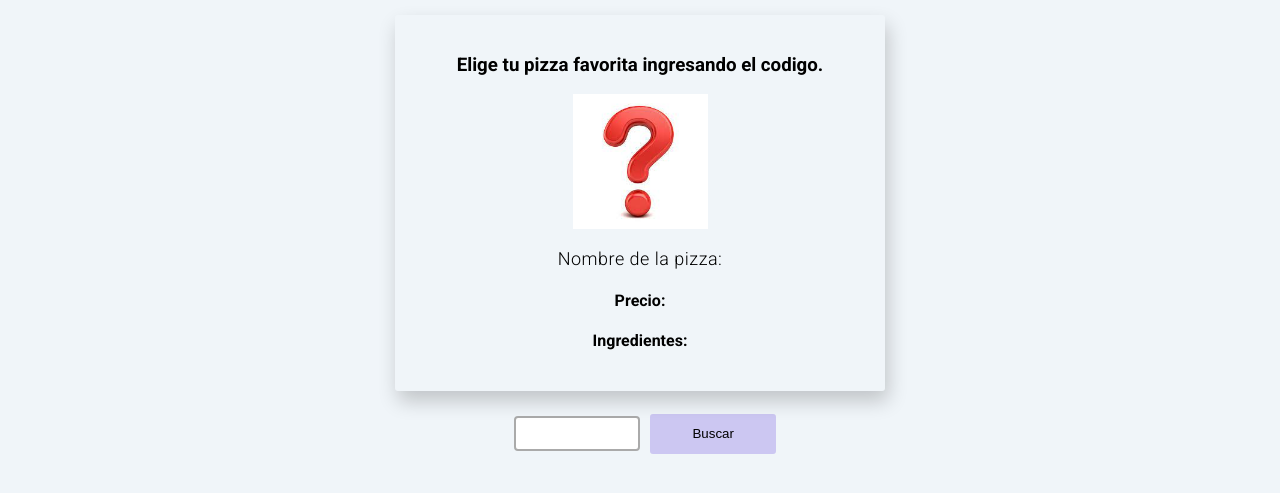
Repository: lucas-itup/E1-JAVASCRIPT
Page: index.html
The author's editor kept a copy of each file at every save. The page is drawn from the files as they stood at one save, then again after the next save.
The browser window is 1280 px wide. The pictures show the whole page.
Some web libraries are served in a nearby version.

Above is the page before, as saved 2022-09-27 23:23:42.

After the next save:
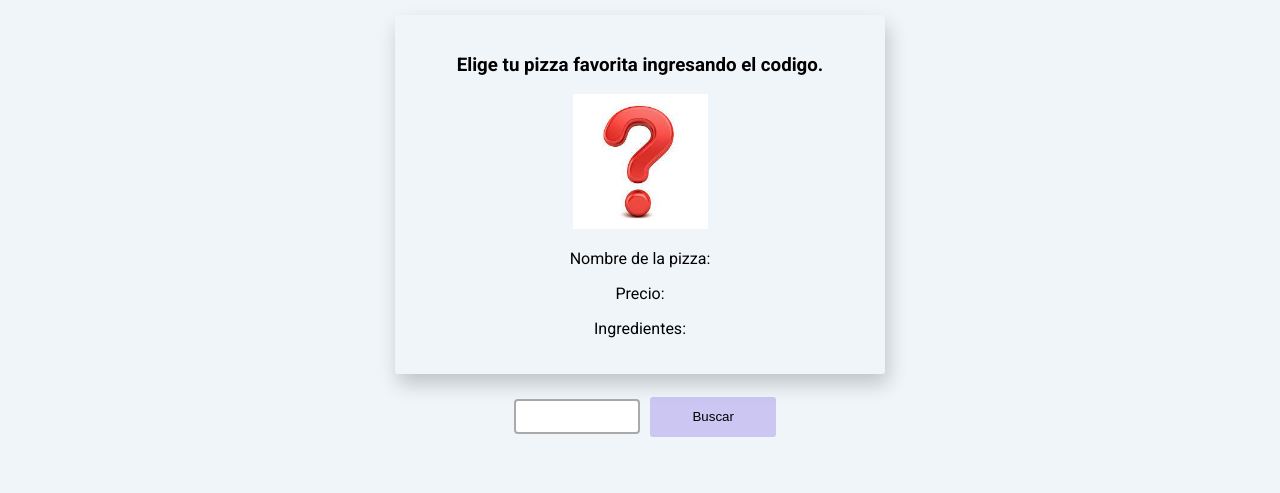
Saved 65 s later.
--- a/index.html
+++ b/index.html
@@ -18,9 +18,9 @@
                 <h3>Elige tu pizza favorita ingresando el codigo.</h3>
                 <img id="img-pizza" src="" alt="Avatar" style="width:30%">
                 <div class="container">
-                    <h2>Nombre de la pizza: <span id="nombre-pizza"> </span></h2>
-                    <h4>Precio: <span id="precio-pizza"></span></h4>
-                    <h4>Ingredientes: <span id="ingredientes-pizza"></span></h4>
+                    <p>Nombre de la pizza: <span id="nombre-pizza"> </span></p>
+                    <p>Precio: <span id="precio-pizza"></span></p>
+                    <p>Ingredientes: <span id="ingredientes-pizza"></span></p>
                 </div>
             </div>
         </div>
